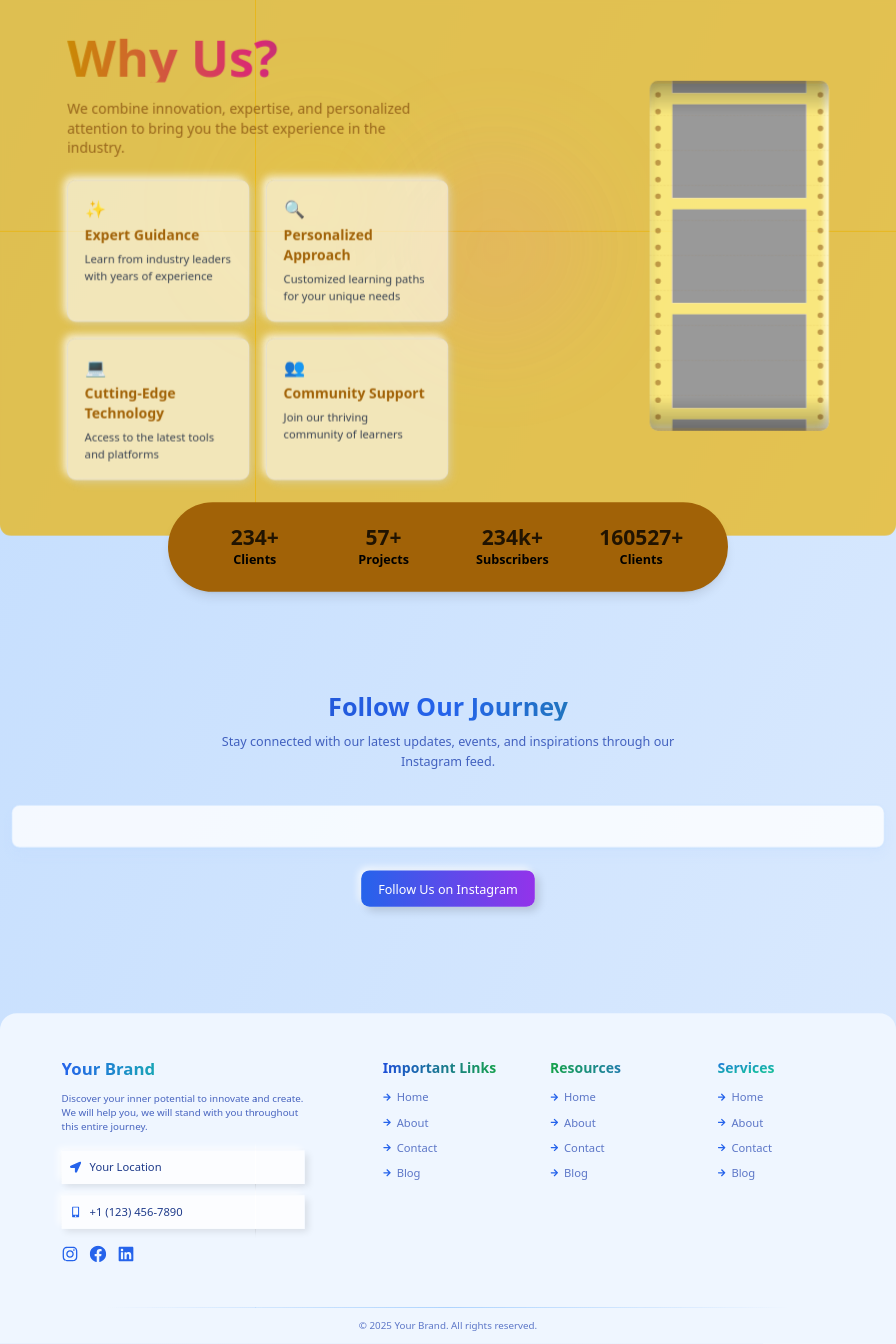
Repository: Kish202/rsacademy
Page: / (app in frontend/)
The author's editor kept a copy of each file at every save. The page is drawn from the files as they stood at one save, then again after a run of saves.
The browser window is 1280 px wide. The pictures show the part of the page from y = 818 to 2738 px (the page is 2738 px tall), at 70% of full size.
Pictures or frames that could not be fetched are drawn as grey boxes. The project was rebuilt for these pictures with package versions that can differ from the ones it lists, and the page was loaded fresh each time. Also part of the build but not shown: frontend/vite.config.js, frontend/src/components/ReviewsFeed.jsx.

Above is the page before, as saved 2025-04-27 22:54:05.

After the next 3 saves:
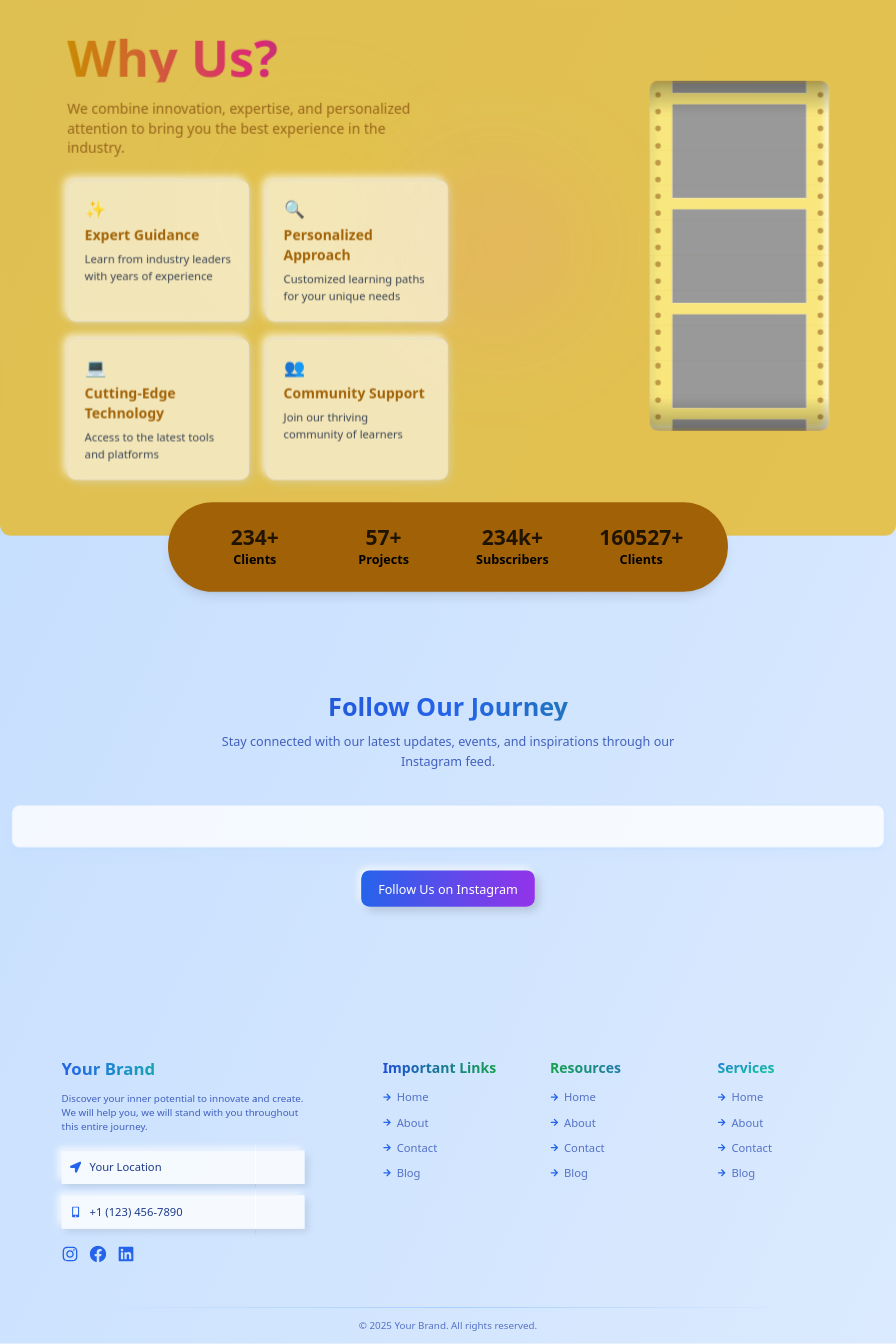
The 3 saves are shown as one change because 1 did not build or start and some came seconds apart.
The last was saved 12 s later.
--- a/frontend/src/components/Footer.jsx
+++ b/frontend/src/components/Footer.jsx
@@ -36,7 +36,7 @@ function Footer() {
     <div className={`mt-14 rounded-t-3xl flex justify-center relative overflow-hidden
       ${isDarkMode
         ? ' text-blue-100'
-        : 'bg-blue-50 text-blue-900'}`}>
+        : ' text-blue-900'}`}>
 
       {/* Background Elements */}
       <div className={`absolute top-1/4 left-1/4 w-72 h-72 rounded-full blur-3xl -z-10
